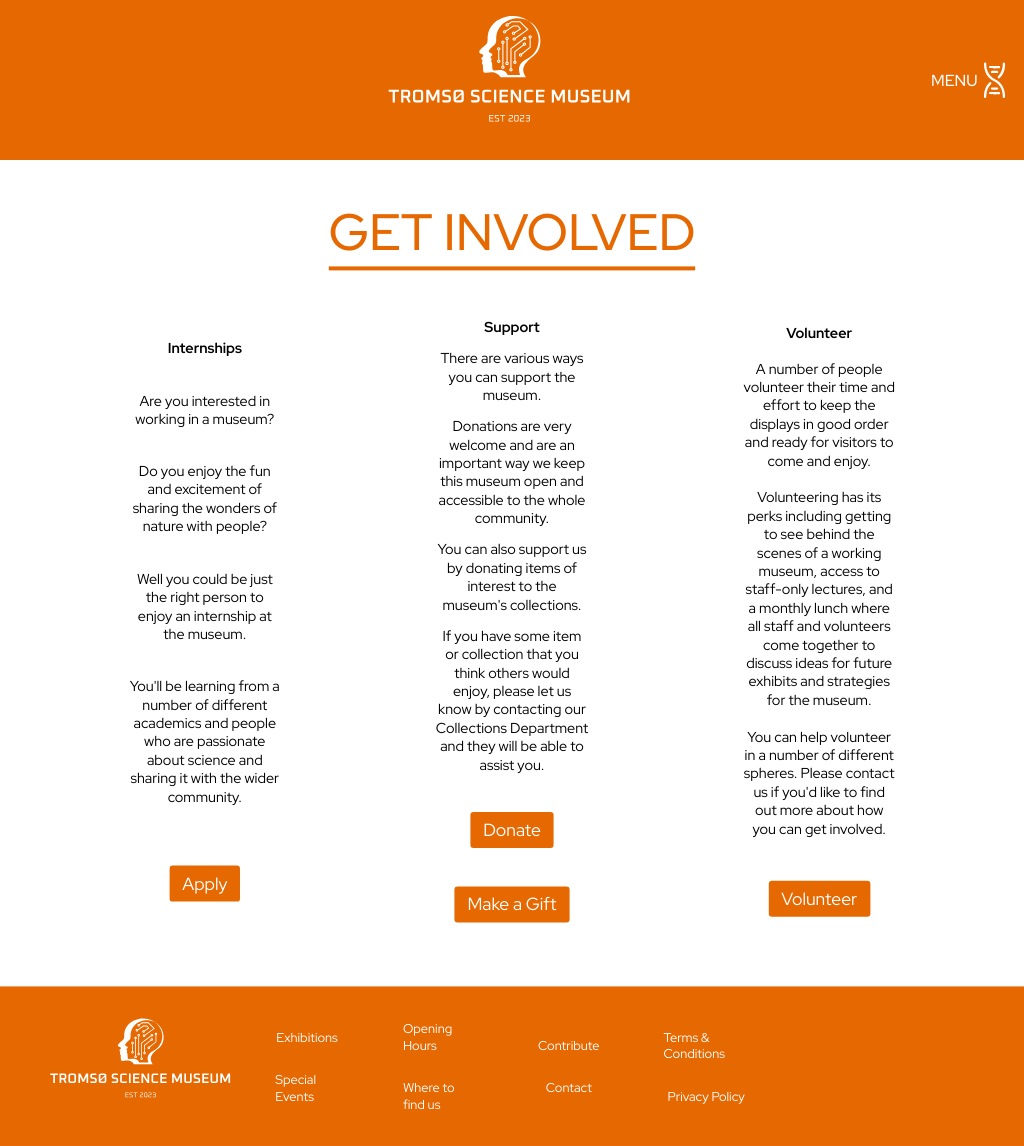
Repository: benjaminskarding/Semester-Project
Page: contribute.html
An editor plug-in stored every save of this project. The page is shown before and after a run of saves, followed by the edit.
The browser window is 1280 px wide. The pictures show the whole page, at 80% of full size.

Above is the page before, as saved 2023-12-19 12:06:32.

### contribute.html
<!DOCTYPE html>
<html lang="en">
<head>
    <meta charset="UTF-8">
    <meta name="viewport" content="width=device-width, initial-scale=1.0">
    <meta name="description" content="Contribute to our community or projects. Find out how to submit content, donate, or participate in our collaborative efforts. Your support is valued and makes a difference.">
    <link rel="stylesheet" href="src/css/contribute.css">
    <link rel="icon" type="image/png" sizes="32x32" href="assets/images/favicon/favicon-32x32.png">
    <link rel="icon" type="image/png" sizes="16x16" href="assets/images/favicon/favicon-16x16.png">
    <link rel="preconnect" href="https://fonts.googleapis.com">
    <link rel="preconnect" href="https://fonts.gstatic.com" crossorigin>
    <link href="https://fonts.googleapis.com/css2?family=Red+Hat+Display:wght@300;400;500;600;700;800&display=swap" rel="stylesheet">
    <title>Contact Us</title>
</head>
<body>
  <div class="page-container">
    <header class="header-collection">
        <div class="header-wrapper">
            <nav class="header-main-nav">
                <div class="header-nav-left-placeholder"></div>
                <div class="header-nav-center-logo">
                    <a href="index.html" aria-label="Go to homepage">
                        <img class="logo" src="assets/images/logo/whitelogo.svg" alt="company logo">
                    </a>
                </div>
                <div class="header-nav-right">
                    <label for="menuToggle" class="menu-button" aria-label="Open Menu"> <!--toggles overlay-->
                        <span class="white">MENU</span>
                        <img src="assets/images/icons/helix.svg" class="menuIcon" alt="navigation menu icon">
                    </label>
                </div>
            </nav>
        </div>
        <!--Overlay-->
        <input type="checkbox" id="menuToggle" class="menu-toggle-checkbox" style="display: none;">
        <div class="hamburger-overlay-2" id="menuOverlay" aria-label="Menu overlay">
            <div class="overlay-header">
                <h3 class="medium underline cU-white">Menu</h3>
                <label for="menuToggle" class="overlay-close-btn" aria-label="Close menu">&times;</label>
            </div>
            <div class="overlayOptionsContainer">
                <a href="index.html">
                <h6 class="menu-item">Home</h6>
                </a>
                <a href="exhibitions.html">
                <h6 class="menu-item">Exhibitions</h6>
                </a>
                <a href="exhibitions.html#specEvents">
                <h6 class="menu-item">Special Events</h6>
                </a>
                <a href="contribute.html">
                <h6 class="menu-item">Contribute to the Museum</h6>
                </a>
                <a href="contact.html">
                <h6 class="menu-item">Contact</h6>
                </a>
                <a href="terms_conditions.html">
                <h6 class="menu-item">Terms & Conditions</h6>
                </a>
                <a href="privacy_policy.html">
                <h6 class="menu-item">Privacy Policy</h6>
                </a>
            </div>
            <div class="overlayLogoContainer">
                <img src="assets/images/logo/whitelogo.svg" class="overlayLogo" alt="company logo in hamburger overlay">
            </div>
        </div>
    </header>

    <div class="main-grid">
        <div class="title">
          <h2 class="orange underline">GET INVOLVED</h2>
        </div>
        <div class="main-content">
            <div class="leftCol">
              <p class="bold">Internships</p>
              <p>Are you interested in working in a museum?</p>
              <p>Do you enjoy the fun and excitement of sharing the wonders of nature with people?</p>
              <p>Well you could be just the right person to enjoy an internship at the museum.</p>
              <p>You'll be learning from a number of different academics and people who are passionate about science and sharing it with the wider community.</p>
              <div class="button-container">
                <button>Apply</button>
              </div>
            </div>
            <div class="centCol">
              <p class="bold">Support</p>
              <p>There are various ways you can support the museum.</p>
              <p>Donations are very welcome and are an important way we keep this museum open and accessible to the whole community.</p>
              <p>You can also support us by donating items of interest to the museum's collections.</p>
              <p>If you have some item or collection that you think others would enjoy, please let us know by contacting our Collections Department and they will be able to assist you.</p>
              <div class="button-container">
                <button>Donate</button>
                <button>Make a Gift</button>
              </div>
            </div>
            <div class="rightCol">
              <p class="bold">Volunteer</p>
              <p>A number of people volunteer their time and effort to keep the displays in good order and ready for visitors to come and enjoy.</p>
              <p>Volunteering has its perks including getting to see behind the scenes of a working museum, access to staff-only lectures, and a monthly lunch where all staff and volunteers come together to discuss ideas for future exhibits and strategies for the museum.</p>
              <p>You can help volunteer in a number of different spheres. Please contact us if you'd like to find out more about how you can get involved.</p>
              <div class="button-container">
                <button>Volunteer</button>
              </div>
            </div>
        </div>
    </div>

    <footer id=desktop-footer class="footer">
      <div class="footer-container">
          <div class="footer-left-container">
            <a href="index.html"  aria-label="Back to homepage">
              <img src="assets/images/logo/whitelogo.svg" class="footer-logo" alt="company logo in footer">
            </a>
          </div>
          <div class="footer-center-container">
              <div class="footer-column-1">
                  <a href="exhibitions.html" class="footer-titles">Exhibitions</a>
                  <a href="exhibitions.html#specEvents" class="footer-titles">Special Events</a>
              </div>
              <div class="footer-column-2">
                  <a href="index.html#visit" class="footer-titles">Opening Hours</a>
                  <a href="index.html#visit" class="footer-titles">Where to find us</a>
              </div>
              <div class="footer-column-3">
                  <a href="contribute.html" class="footer-titles">Contribute</a>
                  <a href="contact.html" class="footer-titles">Contact</a>
              </div>
              <div class="footer-column-4">
                  <a href="terms_conditions.html" class="footer-titles">Terms & Conditions</a>
                  <a href="privacy_policy.html" class="footer-titles">Privacy Policy</a>
              </div>
          </div>
          <div class="footer-right-container-placeholder"></div>
      </div>
    </footer>
  </div>
</body>
</html>

### src/css/contribute.css
@import url(common.css);
@import url(_reset.css);
@import url(_variables.css);
@import url(hamburger-overlay-2.css);

.main-grid {
    display: grid;
    grid-gap: 3rem;
    margin: 0 10rem 0 10rem;
    grid-template-columns: auto;
    grid-template-rows: auto;
    grid-template-areas:
        "title"
        "main-content";

}

.main-content { grid-area: main-content }
.title { grid-area: title}

.title {
    display: flex;
    justify-content: center;
    margin-top: 3rem;
}

.main-content {
    display: flex;
    justify-content: space-between;
    gap: 3rem;
}

.leftCol,
.rightCol {
    flex: 1;
    display: flex;
    flex-direction: column;
    justify-content: space-evenly;
    text-align: center;
    max-width: 20%;
}

.leftCol p,
.rightCol p,
.centCol p {
    margin-top: 1rem;
}

.centCol {
    text-align: center;
    max-width: 20%;
}

.leftCol .button-container,
.rightCol .button-container {
    margin-top: 0rem;
    width: 100%;
}

button {
    padding: 0.5rem 1rem;
    background-color: var(--color-secondary);
    font-size: 1.375rem;
    font-family: var(--font-primary);
    color: white;
    border: none;
    border-radius: 0.25rem;
    cursor: pointer;
    margin-top: 3rem;
}

@media (max-width: 665px) {

    .main-grid {
        display: grid;
        margin: 0 1rem 5rem;
        grid-gap: 3rem;
        grid-template-columns: auto;
        grid-template-rows: auto;
        grid-template-areas:
            "main-content"
    }

    .main-content,
    .title-bar {
        align-items: center;
        text-align: center;
    }

    .title-bar h3 {
        margin: 0 1rem;
        font-size: 3rem;
    }

    .bpHide-3 {
        display: none;
    }

    label[for="menuToggle"] {
        display: none;
    }
    label[for="menuToggle2"] {
        display: block;
    }

    .hamburger-overlay-2 {
        display: block;
        width: 100%;
    }

}

### src/css/common.css
body, html {
    min-height: 100vh;
    width: 100%;
    margin: 0;
    overflow-x: hidden;
}

a {
    text-decoration: none;
    cursor: pointer;
    color: inherit;
}

.page-container {      /* fjern? */
    display: grid;
    grid-template-rows: auto 1fr auto;
    min-height: 100vh;
}

.underline {
    position: relative;
    display: inline-block;
}

.underline::after {
    content: '';
    position: absolute;
    left: 0;
    bottom: -5px;
    width: 100%;
    height: 5px;
    background-color: #E66800;
}

.cU-white::after {
    background-color: white;
}

input:focus,
textarea:focus,
select:focus,
button:focus {
outline: none;
}

/* Common header. [Landing page has specific styles for header] */

.header-collection {
    background-color: var(--color-secondary);
    height: 200px;
}

.header-wrapper {
    margin-left: 1rem;
    margin-right: 1rem;
    height: 200px;
}

.header-main-nav {
    display: flex;
    justify-content: space-between;
    align-items: center;
    width: 100%;
    height: 200px;
}

.header-nav-left-placeholder {
    flex: 1;
    display: flex;
    align-items: center;
}

.header-nav-right {
    flex: 1;
    display: flex;
    justify-content: flex-end;
    font-size: 1.25rem;
    font-weight: var(--font-weight-medium);
}

/* Footer */


.footer{
    background-color: var(--color-secondary);
    height: 200px;
    display: flex;
    margin-top: 5rem;
}

.footer-container {
    display: flex;
    align-items: center;
    justify-content: space-between;
    margin-left: 3rem;
    margin-right: 3rem;
    width: 100%;
}

.footer-left-container,
.footer-right-container-placeholder {
    flex: 1;
}

.footer-center-container {
    display: flex;
    justify-content: center;
    align-items: center;
    flex: 2;
    gap: 5rem;
}

.footer-column-1,
.footer-column-2,
.footer-column-3,
.footer-column-4 {
    display: flex;
    flex-direction: column;
    align-items: center;
}

.footer-logo {
    height: 150px;
}

.footer-titles {
    display: flex;
    margin-bottom: 1rem;
    margin-top: 1rem;
    color: white;
}

/* Main content */

.title-bar {
    display: grid;
    grid-gap: 2rem;
    grid-template-columns: auto;
    grid-template-rows: auto;
    align-items: center;
    height: 150px;
    width: 100%;
    background-color: var(--color-secondary);
}

.title-bar h3 {
    margin-left: 3rem;
}

.sidebar {
    display: flex;
    flex-direction: column;
    align-items: center;
    position: relative;
    background-color: #E66800;
    height: 100%;
}

/* Overlay 1 */

.hamburger-overlay {
    position: absolute;
    display: flex;
    flex-direction: column;
    justify-content: flex-start;
    top: 0;
    right: 0;
    bottom: 0;
    left: 0;
    background-color: transparent;
    z-index: 1000;
    visibility: hidden;
    transform: translateX(100%);
    transition: transform 0.3s;

}

.menu-button {
    display: flex;
    align-items: center;
    cursor: pointer;
}

.menu-toggle-checkbox:checked ~ .sidebar .hamburger-overlay {  /* Checkbox hack */
    visibility: visible;
    transform: translateX(0);
}

.overlay-header {
    display: flex;
    justify-content: space-between;
    margin-left: 1rem;
}

.overlayOptionsContainer {
    height: 100%;
}

.menu-item {
    margin: 2rem 1rem;
    color: white;
}

.overlayLogoContainer {
    display: flex;
    justify-content: center;
}

.overlayLogo {
    width: 50%;
    max-height: 200px;
}

.overlay-close-btn {
    padding-top: 1rem;
    margin-right: 1rem;
    color: white;
    font-size: 2rem;
    background: none;
    border: none;
    cursor: pointer;
}

/* Special Events Section */

.specEvents {
    display: flex;
    flex-direction: column;
}

.specContent {
    text-align: center;
    margin-top: 5rem;
}

.specEventTitle  {
    margin-bottom: 5rem;
}

/* Special Events Dropdown Arrow */

.arrow {
    transition: transform 0.3s ease;
    width: 36px;
    height: 36px;
    vertical-align: middle;
    display: inline-block;
}

.toggle {
    display: none;
}

.toggle-label {
    cursor: pointer;
    display: inline-block;
    padding: 1rem;
    color: inherit;
    vertical-align: middle;
    color: var(--color-secondary);
    font-size: 2.25rem;
}

.toggle:checked + .toggle-label .arrow {
    transform: rotate(180deg);
}

/* Special Events Dropdown Content */

.content {
    display: none;
    padding: 1rem;
}

.toggle:checked ~ .content {
    display: block;
}

.specEventMainText {
    font-size: 3.625rem;
}



/* Media Queries */

#mobileFooter {
    display: none;
}


@media (max-width: 1502px) {
    .bpCommonHide1 {
        display: none;
    }
}

@media (max-width: 1020px) {
    .bpHide-2 {
        display: none;
    }

    .overlay-header h3 {
        font-size: 2.25rem;
    }

    .overlayLogo {
        width: 75%;
    }

    .menuIcon {
        height: 45px;
    }
}

@media (max-width: 800px) {

    #desktopFooter {
        display: none;
    }
    #mobileFooter {
        display: flex;
    }

    .footer-center-container {
        display: flex;
        justify-content: center;
        align-items: center;
        flex-wrap: wrap;
        gap: 5rem;
        margin-left: auto;
        margin-right: auto;
        width: 100%;
    }

    .footer-titles {
        display: flex;
        margin-bottom: 0.5rem;
        margin-top: 0.5rem;
        color: white;
    }

}


@media (max-width: 665px) {
    .logo {
        height: 150px;
    }
}

@media (max-width: 632px) {

    .footer-center-container {
        gap: 1rem;
    }
}

@media (max-width: 370px) {

}

### src/css/_reset.css
*, *:before, *:after {
    box-sizing: inherit;
  }

  body {
    box-sizing: border-box;
    min-height: 100vh;
    margin: 0;
  }

### src/css/_variables.css
:root{
    --color-primary: white;
    --color-secondary: #E66800;

    --font-primary: 'Red Hat Display', sans-serif;
    --font-size: 16px;
    --font-weight-regular: 400;
    --font-weight-medium: 500;
    --font-weight-semibold: 600;
    --font-weight-bold: 700;
}

/* Font Related */

.medium {
    font-weight: 500
}

.regular {
    font-weight: 400;
}

.semibold {
    font-weight: 600;
}

strong, .bold {
    font-weight: var(--font-weight-bold)
}

body {
    font-family: var(--font-primary)
}


h1,h2,h3,h4 {
    color: var(--color-primary)
}

h1,h2,h3,h4,h5,h6,p {
    font-family: var(--font-primary);
    margin: 0;
    padding: 0;
}

h1 {
    font-size: 6rem; /* 96px */
}

h2 {
    font-size: 4rem; /* 64px */
    font-weight: var(--font-weight-medium);
}

h3 {
    font-size: 3.625rem;  /* 58px */
}

h4 {
    font-size: 3rem; /* 48px*/
}

h5 {
    font-size: 2.25rem; /*36px*/
    font-weight: var(--font-weight-medium)
}

h6 {
    font-size: 1.375rem; /*22px*/
    font-weight: var(--font-weight-medium);
}


p {
    font-size: 1.125rem;    /* 18px */
}

/* Styling / Misc Variables */

.white {
    color:white;
}

.orange {
    color: var(--color-secondary)
}

.lastpar {
    margin-bottom: 2rem;
}

.nowrap {
    white-space: nowrap;
}

### src/css/hamburger-overlay-2.css
/* Hamburger overlay 2 */

.hamburger-overlay-2 {
    position: fixed;
    top: 0;
    right: 0;
    height: 100%;
    width: 33%;
    background-color: var(--color-secondary);
    transform: translateX(100%);
    transition: transform 0.3s;
    display: flex;
    flex-direction: column;
    z-index: 1000;
}

.menu-toggle-checkbox:checked ~ .hamburger-overlay-2 {
    transform: translateX(0);
}

.overlay-header {
    margin-top: 3rem;
}

.overlayLogoContainer {
    display: flex;
    flex-direction: column;
    justify-content: flex-end;
    align-items: center;
}

After the next 6 saves:
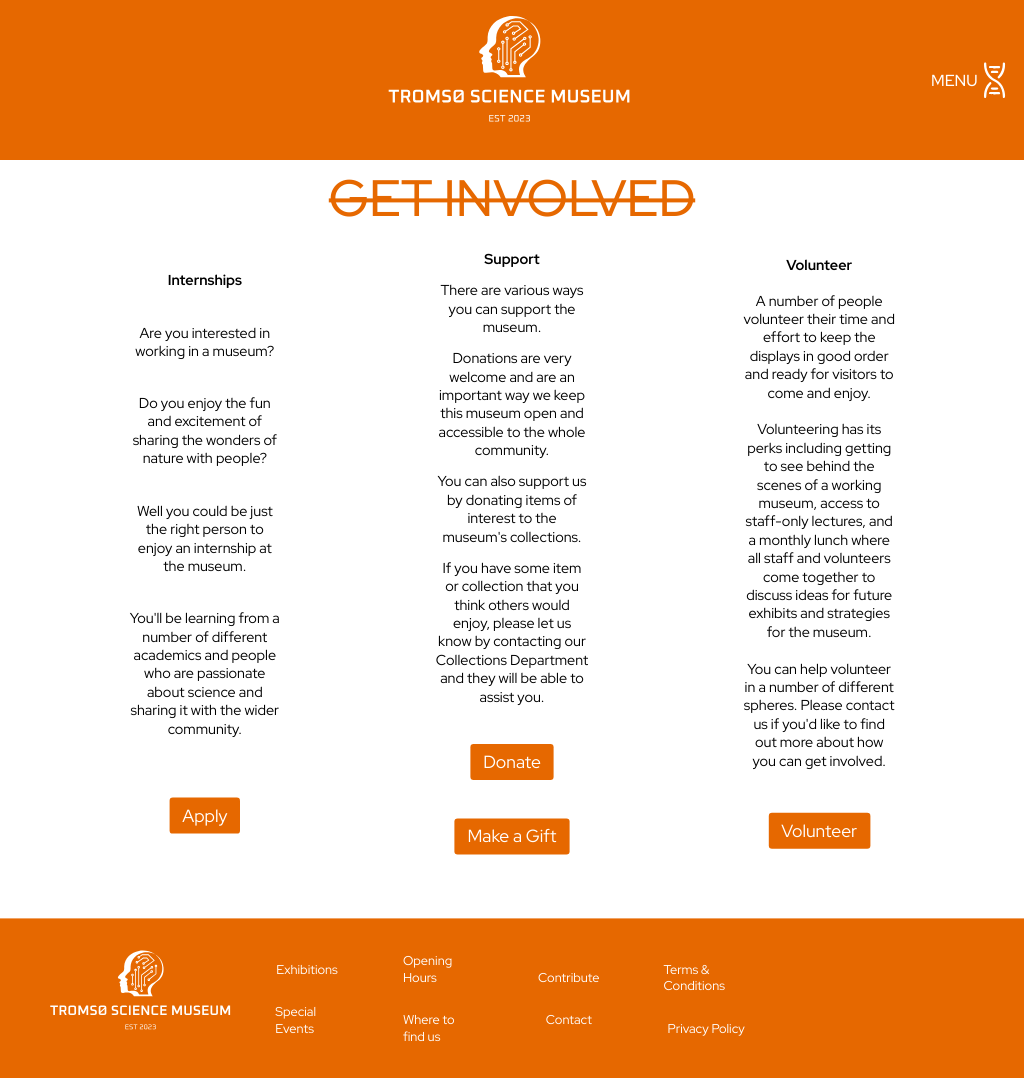
The 6 saves are shown as one change because they came seconds apart.
The last was saved 79 s later.
--- a/src/css/contribute.css
+++ b/src/css/contribute.css
@@ -69,6 +69,10 @@
     margin-top: 3rem;
 }
 
+h2 {
+    line-height: 0rem;
+}
+
 @media (max-width: 665px) {
 
     .main-grid {

After the save that followed:
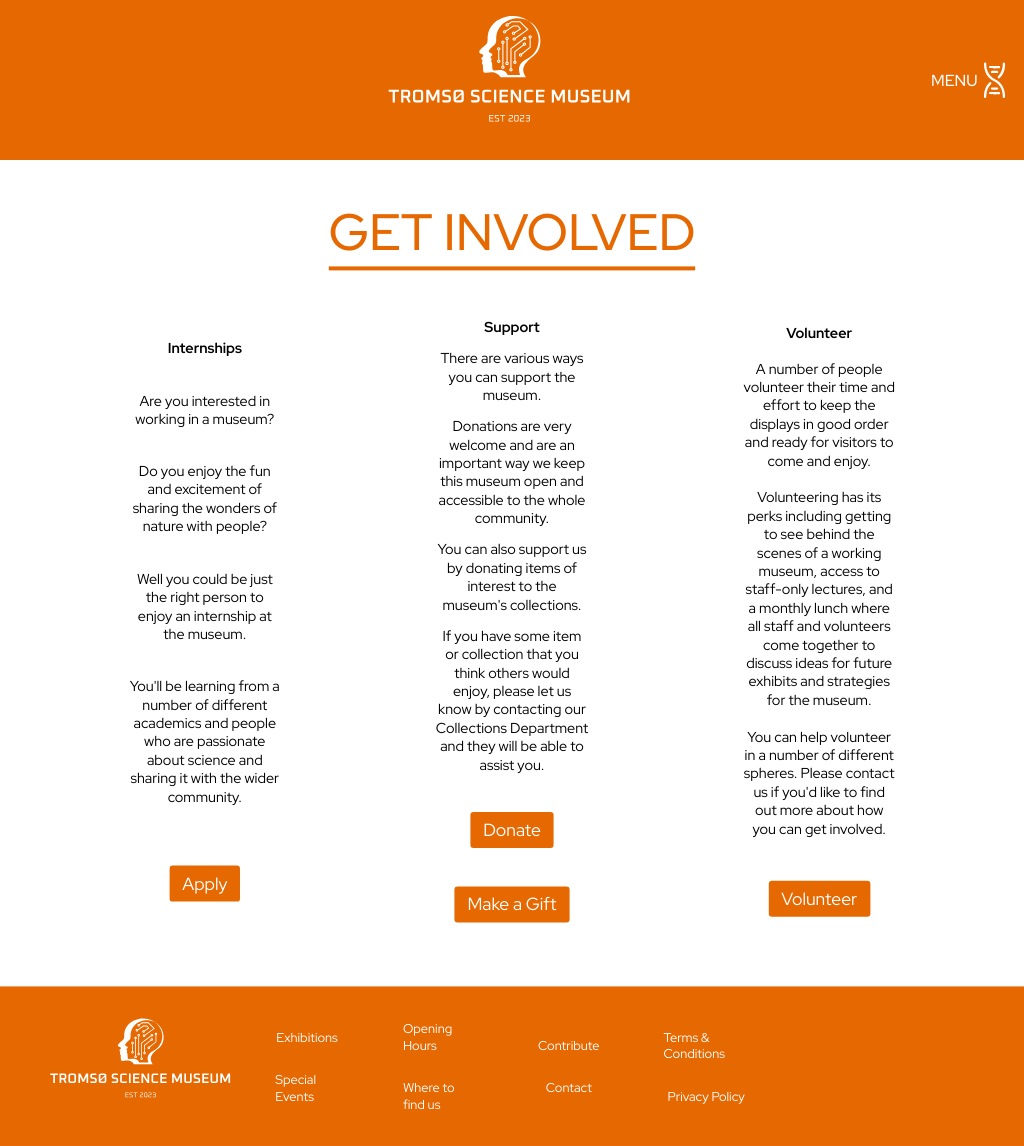
Saved 7 s later.
--- a/src/css/contribute.css
+++ b/src/css/contribute.css
@@ -69,9 +69,6 @@
     margin-top: 3rem;
 }
 
-h2 {
-    line-height: 0rem;
-}
 
 @media (max-width: 665px) {
 
